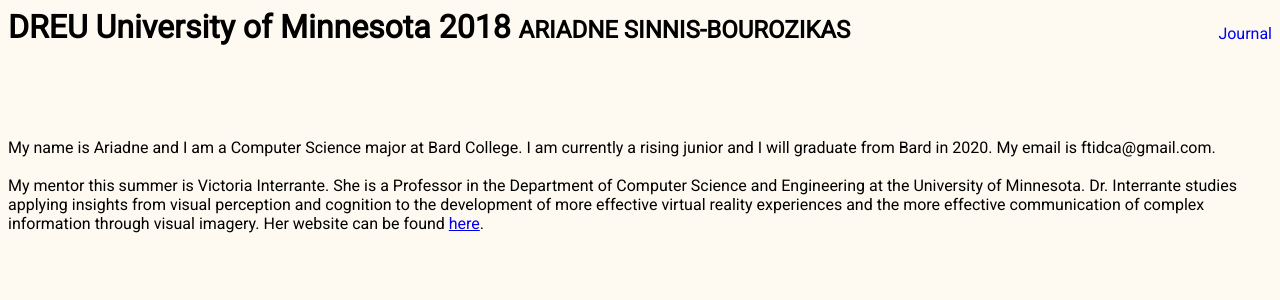
Repository: ariadnesb/dreu2018
Page: index.html
The author's editor kept a record of every edit. The page is drawn from the files as they stood at one moment, then again after the next edit.
The browser window is 1280 px wide. The pictures show the whole page.

Above is the page before.

After the next edit:
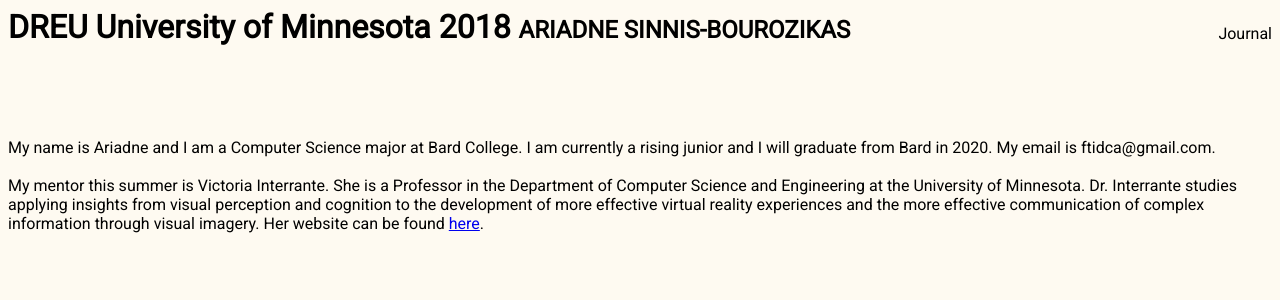
The edit:
--- a/styles.css
+++ b/styles.css
@@ -48,6 +48,7 @@
 #header a {
     text-decoration: none;
     display: inline;
+    color: black;
 
 }
 
